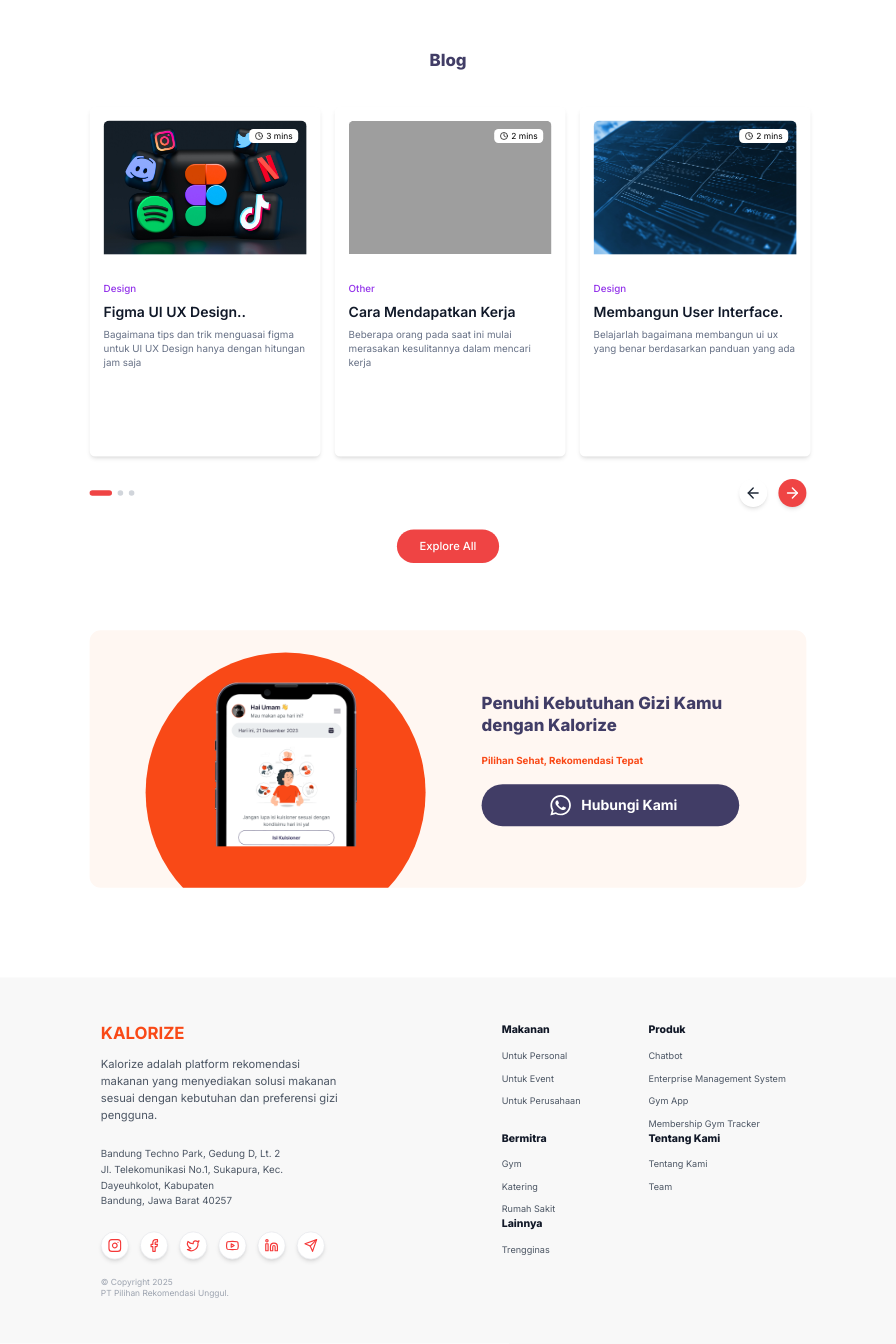
Repository: kalorizeofficial/new-main-web-kalorize
Page: /
An editor plug-in stored every save of this project. The page is shown before and after the next save, followed by the edit.
The browser window is 1280 px wide. The pictures show the part of the page from y = 1095 to 3015 px (the page is 3015 px tall), at 70% of full size.
Pictures or frames that could not be fetched are drawn as grey boxes. The project was rebuilt for these pictures with package versions that can differ from the ones it lists, and the page was loaded fresh each time.

Above is the page before, as saved 2025-03-01 01:50:56.

### src/index.css
@import url("https://fonts.googleapis.com/css2?family=Inter:wght@100;200;300;400;500;600;700;800;900&display=swap");
@tailwind base;
@tailwind components;
@tailwind utilities;

### src/App.jsx
import Navbar from "./components/layout/Navbar";
import Partner from "./pages/partner";
import Testimoni from "./pages/testimoni";
import Blog from "./pages/blog";
import Contact from "./pages/contact";
import Footer from "./components/layout/Footer";

function App() {
  return (
    <div className="min-h-screen flex flex-col">
      <Navbar />
      <main className="flex-grow">
        <Partner />
        <Testimoni />
        <Blog />
        <Contact />
      </main>
      <Footer />
    </div>
  );
}

export default App;

### src/components/layout/Navbar.jsx
function Navbar() {
  return (
    <nav class="bg-white border-gray-200 dark:bg-gray-900">
      <div class="max-w-screen-xl flex flex-wrap items-center justify-between mx-auto p-4">
        <a
          href="https://flowbite.com/"
          class="flex items-center space-x-3 rtl:space-x-reverse"
        >
          <img
            src="https://flowbite.com/docs/images/logo.svg"
            class="h-8"
            alt="Flowbite Logo"
          />
          <span class="self-center text-2xl font-semibold whitespace-nowrap dark:text-white">
            Flowbite
          </span>
        </a>
        <button
          data-collapse-toggle="navbar-default"
          type="button"
          class="inline-flex items-center p-2 w-10 h-10 justify-center text-sm text-gray-500 rounded-lg md:hidden hover:bg-gray-100 focus:outline-none focus:ring-2 focus:ring-gray-200 dark:text-gray-400 dark:hover:bg-gray-700 dark:focus:ring-gray-600"
          aria-controls="navbar-default"
          aria-expanded="false"
        >
          <span class="sr-only">Open main menu</span>
          <svg
            class="w-5 h-5"
            aria-hidden="true"
            xmlns="http://www.w3.org/2000/svg"
            fill="none"
            viewBox="0 0 17 14"
          >
            <path
              stroke="currentColor"
              stroke-linecap="round"
              stroke-linejoin="round"
              stroke-width="2"
              d="M1 1h15M1 7h15M1 13h15"
            />
          </svg>
        </button>
        <div class="hidden w-full md:block md:w-auto" id="navbar-default">
          <ul class="font-medium flex flex-col p-4 md:p-0 mt-4 border border-gray-100 rounded-lg bg-gray-50 md:flex-row md:space-x-8 rtl:space-x-reverse md:mt-0 md:border-0 md:bg-white dark:bg-gray-800 md:dark:bg-gray-900 dark:border-gray-700">
            <li>
              <a
                href="#"
                class="block py-2 px-3 text-white bg-blue-700 rounded-sm md:bg-transparent md:text-blue-700 md:p-0 dark:text-white md:dark:text-blue-500"
                aria-current="page"
              >
                Home
              </a>
            </li>
            <li>
              <a
                href="#"
                class="block py-2 px-3 text-gray-900 rounded-sm hover:bg-gray-100 md:hover:bg-transparent md:border-0 md:hover:text-blue-700 md:p-0 dark:text-white md:dark:hover:text-blue-500 dark:hover:bg-gray-700 dark:hover:text-white md:dark:hover:bg-transparent"
              >
                About
              </a>
            </li>
            <li>
              <a
                href="#"
                class="block py-2 px-3 text-gray-900 rounded-sm hover:bg-gray-100 md:hover:bg-transparent md:border-0 md:hover:text-blue-700 md:p-0 dark:text-white md:dark:hover:text-blue-500 dark:hover:bg-gray-700 dark:hover:text-white md:dark:hover:bg-transparent"
              >
                Services
              </a>
            </li>
            <li>
              <a
                href="#"
                class="block py-2 px-3 text-gray-900 rounded-sm hover:bg-gray-100 md:hover:bg-transparent md:border-0 md:hover:text-blue-700 md:p-0 dark:text-white md:dark:hover:text-blue-500 dark:hover:bg-gray-700 dark:hover:text-white md:dark:hover:bg-transparent"
              >
                Pricing
              </a>
            </li>
            <li>
              <a
                href="#"
                class="block py-2 px-3 text-gray-900 rounded-sm hover:bg-gray-100 md:hover:bg-transparent md:border-0 md:hover:text-blue-700 md:p-0 dark:text-white md:dark:hover:text-blue-500 dark:hover:bg-gray-700 dark:hover:text-white md:dark:hover:bg-transparent"
              >
                Contact
              </a>
            </li>
          </ul>
        </div>
      </div>
    </nav>
  );
}

export default Navbar;

### src/pages/partner.jsx
const Partner = () => {
  const partners = [
    {
      name: "Zoom",
      logo: "/images/partners/zoom.png",
    },
    {
      name: "Adobe Creative Cloud",
      logo: "/images/partners/adobe.png",
    },
    {
      name: "Slack",
      logo: "/images/partners/slack.png",
    },
    {
      name: "Dropbox",
      logo: "/images/partners/dropbox.png",
    },
    {
      name: "Google Drive",
      logo: "/images/partners/gdrive.png",
    },
  ];

  const DecorativeCircle = ({ className }) => (
    <div
      className={`absolute w-3 h-3 rounded-full bg-[#2A85FF] opacity-100 ${className}`}
    />
  );

  return (
    <section className="pt-[100px] md:pt-[164px] pb-8 px-4 relative">
      {/* Decorative circles - hidden on mobile */}
      <DecorativeCircle className="hidden md:block top-80 left-72" />
      <DecorativeCircle className="hidden md:block bottom-8 right-72" />

      <h2 className="text-[20px] md:text-[24px] font-inter font-extrabold leading-[100%] text-center text-[#565656] mb-8 md:mb-12">
        Partner Kami
      </h2>

      <div className="max-w-8xl mx-auto overflow-x-auto">
        <div className="flex justify-start md:justify-center items-center gap-4 md:gap-20 md:flex-wrap min-w-min">
          {partners.map((partner, index) => (
            <div key={index} className="relative py-2 md:py-4 flex-shrink-0">
              <img
                src={partner.logo}
                alt={`${partner.name} logo`}
                className="w-[60px] h-[60px] md:w-[140px] md:h-[140px] object-contain transition-shadow duration-200 hover:shadow-xl rounded-[15px] md:rounded-[25px]"
              />
            </div>
          ))}
        </div>
      </div>
    </section>
  );
};

export default Partner;

### src/pages/blog.jsx
// Komponen Blog: Menampilkan carousel blog posts dengan navigasi
// dan tombol eksplorasi. Komponen ini menggunakan state untuk
// mengatur slide yang aktif.

import React, { useState } from "react";
import { Clock, ArrowLeftIcon, ArrowRightIcon } from "lucide-react";

const Blog = () => {
  // State untuk mengontrol slide yang sedang aktif
  const [currentSlide, setCurrentSlide] = useState(0);

  // Data blog posts yang akan ditampilkan dalam carousel
  const blogPosts = [
    {
      image: "/images/blog/blog1.jpeg",
      category: "Design",
      title: "Figma UI UX Design..",
      description:
        "Bagaimana tips dan trik menguasai figma untuk UI UX Design hanya dengan hitungan jam saja",
      readTime: "3 mins",
    },
    {
      image: "/images/blog/blog2.jpeg",
      category: "Other",
      title: "Cara Mendapatkan Kerja",
      description:
        "Beberapa orang pada saat ini mulai merasakan kesulitannya dalam mencari kerja",
      readTime: "2 mins",
    },
    {
      image: "/images/blog/blog3.jpeg",
      category: "Design",
      title: "Membangun User Interface.",
      description:
        "Belajarlah bagaimana membangun ui ux yang benar berdasarkan panduan yang ada",
      readTime: "2 mins",
    },
  ];

  // Fungsi untuk berpindah ke slide berikutnya
  // Menggunakan modulo untuk kembali ke awal jika sudah di slide terakhir
  const nextSlide = () => {
    setCurrentSlide((prev) => (prev + 1) % blogPosts.length);
  };

  // Fungsi untuk berpindah ke slide sebelumnya
  // Menggunakan modulo dan penambahan length untuk handling negative index
  const prevSlide = () => {
    setCurrentSlide((prev) => (prev - 1 + blogPosts.length) % blogPosts.length);
  };

  // Fungsi untuk langsung berpindah ke slide tertentu
  // Digunakan oleh navigation dots
  const goToSlide = (index) => {
    setCurrentSlide(index);
  };

  return (
    <section className="bg-white px-4 md:px-0">
      <div className="max-w-5xl mx-auto rounded-2xl">
        <h2 className="text-[20px] md:text-[24px] font-inter font-extrabold text-center text-[#413D66] pt-8 mb-8 md:mb-12">
          Blog
        </h2>

        <div className="relative">
          {/* Carousel blog posts */}
          <div className="flex flex-col md:flex-row gap-5">
            {blogPosts.map((post, index) => (
              <div
                key={index}
                className={`w-full md:w-[330px] h-auto md:h-[500px] flex-none bg-white rounded-lg overflow-hidden shadow-md transition-opacity duration-300 p-4 md:p-5 ${
                  index === currentSlide ? "block" : "hidden md:block"
                }`}
              >
                <div className="h-[200px] md:h-[45%] relative rounded-lg overflow-hidden pb-4">
                  <img
                    src={post.image}
                    alt={post.title}
                    className="w-full h-full object-cover"
                  />
                  <div className="absolute top-3 right-3 bg-white rounded-md px-2 py-0.5 flex items-center gap-1">
                    <Clock className="w-3 h-3" />
                    <span className="text-xs">{post.readTime}</span>
                  </div>
                </div>

                <div className="h-[60%]">
                  <div className="mt-5">
                    <span className="text-purple-600 text-sm font-medium">
                      {post.category}
                    </span>
                    <h3 className="mt-2 text-xl font-inter font-semibold text-[#101828]">
                      {post.title}
                    </h3>
                    <p className="mt-2 text-[#667085] font-inter text-sm line-clamp-8">
                      {post.description}
                    </p>
                  </div>
                </div>
              </div>
            ))}
          </div>

          {/* Navigation dots and arrows */}
          <div className="flex flex-col md:flex-row justify-between items-center gap-4 md:gap-0 my-8">
            <div className="flex gap-2">
              {blogPosts.map((_, index) => (
                <button
                  key={index}
                  onClick={() => goToSlide(index)}
                  className={`h-2 rounded-full transition-all duration-300 ${
                    index === currentSlide
                      ? "w-8 bg-red-500"
                      : "w-2 bg-gray-300"
                  }`}
                />
              ))}
            </div>

            <div className="flex gap-4">
              <button
                onClick={prevSlide}
                className="bg-white rounded-full p-2 shadow-md hover:bg-gray-50 text-gray-800"
              >
                <ArrowLeftIcon className="w-6 h-6" />
              </button>

              <button
                onClick={nextSlide}
                className="bg-red-500 rounded-full p-2 shadow-md hover:bg-red-600 text-white"
              >
                <ArrowRightIcon className="w-6 h-6" />
              </button>
            </div>
          </div>
        </div>

        {/* Tombol Explore All */}
        <div className="text-center pb-8">
          <button className="bg-red-500 text-white px-8 py-3 rounded-full font-medium hover:bg-red-600 transition-colors">
            Explore All
          </button>
        </div>
      </div>
    </section>
  );
};

export default Blog;

### src/pages/contact.jsx
import React from "react";

function Contact() {
  return (
    <section className="py-8 md:py-16 bg-white">
      <section className="max-w-5xl mx-auto bg-[#FFF7F2] rounded-2xl px-4 md:px-8 py-28 md:py-8 mb-8 md:mb-16 overflow-hidden">
        <div className="max-w-4xl mx-auto">
          <div className="flex flex-col md:flex-row items-center justify-center md:gap-16">
            {/* Left side - Stacked images */}
            <div className="relative -mb-0 md:-mb-24 scale-100 md:scale-100 -mt-12 md:mt-0">
              {/* Circle background */}
              <div className="bg-[#F94917] rounded-full w-[320px] md:w-[400px] h-[320px] md:h-[400px] translate-y-0 p-8 md:p-10" />

              {/* Phone image positioned on top of circle */}
              <img
                src="/phone.png" // Replace with your actual image path
                alt="Kalorize App"
                className="absolute top-40 left-1/2 transform -translate-x-1/2 -translate-y-1/2 w-[187px] md:w-[204px]"
              />
            </div>

            {/* Right side - Content */}
            <div
              className="flex flex-col space-y-4 md:space-y-6 max-w-[300px] md:max-w-[400px] text-center md:text-left -mt-10 md:mt-0
                          md:bg-transparent bg-[#FFF7F2] rounded-lg p-4 relative z-10"
            >
              <h1 className="text-xl md:text-2xl font-extrabold text-[#413D66] leading-[1.4] font-inter">
                Penuhi Kebutuhan Gizi Kamu dengan Kalorize
              </h1>
              <p className="text-xs md:text-sm font-bold text-[#F94917] leading-normal font-inter">
                Pilihan Sehat, Rekomendasi Tepat
              </p>
              <button className="bg-[#413D66] text-white rounded-[30px] py-[15px] px-[30px] flex items-center justify-center gap-1 mx-auto md:mx-0 hover:bg-[#363156] transition-colors">
                <svg
                  width="50"
                  height="30"
                  viewBox="0 0 47 47"
                  fill="none"
                  xmlns="http://www.w3.org/2000/svg"
                >
                  <path
                    d="M39.5834 7.35111C35.2634 3.02969 29.511 0.662109 23.3891 0.662109C10.7755 0.662109 0.495224 10.891 0.495224 23.4415C0.495224 27.4641 1.5579 31.3717 3.54466 34.8197L0.31041 46.6346L12.4388 43.4625C15.7886 45.2784 19.5542 46.2438 23.3891 46.2438C36.0026 46.2438 46.2829 36.015 46.2829 23.4645C46.2829 17.3731 43.9034 11.6495 39.5834 7.35111ZM23.3891 42.3821C19.97 42.3821 16.6202 41.4627 13.6863 39.7387L12.9933 39.325L5.78553 41.2099L7.70297 34.222L7.24094 33.5095C5.34659 30.4983 4.33011 27.0043 4.33011 23.4415C4.33011 13.0057 12.8778 4.50081 23.366 4.50081C28.4483 4.50081 33.2304 6.47763 36.8112 10.0635C40.4151 13.6493 42.3787 18.4075 42.3787 23.4645C42.4249 33.9002 33.8773 42.3821 23.3891 42.3821ZM33.8311 28.2226C33.2535 27.9468 30.4351 26.5676 29.9269 26.3607C29.3955 26.1768 29.0259 26.0849 28.6332 26.6366C28.2404 27.2112 27.1546 28.4985 26.8312 28.8662C26.5078 29.257 26.1613 29.303 25.5837 29.0042C25.0062 28.7283 23.158 28.1077 20.9865 26.1768C19.2769 24.6598 18.145 22.7979 17.7984 22.2232C17.475 21.6486 17.7522 21.3497 18.0526 21.0509C18.3067 20.7981 18.6301 20.3843 18.9073 20.0625C19.1845 19.7407 19.3001 19.4878 19.4849 19.1201C19.6697 18.7293 19.5773 18.4075 19.4387 18.1317C19.3001 17.8558 18.145 15.0515 17.6829 13.9022C17.2209 12.7988 16.7358 12.9368 16.3892 12.9138C16.0427 12.9138 15.6731 12.9138 15.2803 12.9138C14.8876 12.9138 14.287 13.0517 13.7556 13.6264C13.2474 14.201 11.7689 15.5802 11.7689 18.3845C11.7689 21.1888 13.8249 23.9012 14.1022 24.269C14.3794 24.6598 18.145 30.4063 23.8742 32.8658C25.2372 33.4635 26.2999 33.8083 27.1315 34.0611C28.4945 34.4979 29.742 34.4289 30.7354 34.291C31.8443 34.1301 34.1314 32.9118 34.5934 31.5786C35.0785 30.2454 35.0786 29.1191 34.9168 28.8662C34.7551 28.6134 34.4086 28.4985 33.8311 28.2226Z"
                    fill="white"
                  />
                </svg>
                <span className="text-xl font-bold">Hubungi Kami</span>
              </button>
            </div>
          </div>
        </div>
      </section>
    </section>
  );
}

export default Contact;

### src/components/layout/Footer.jsx
import React from "react";
import {
  Instagram,
  Phone,
  Linkedin,
  Send,
  Mail,
  Facebook,
  Twitter,
  Youtube,
} from "lucide-react";

const Footer = () => {
  const socialLinks = [
    { icon: Instagram, href: "https://instagram.com/kalorize" },
    { icon: Facebook, href: "https://facebook.com/kalorize" },
    { icon: Twitter, href: "https://twitter.com/kalorize" },
    { icon: Youtube, href: "https://youtube.com/kalorize" },
    { icon: Linkedin, href: "https://linkedin.com/company/kalorize" },
    { icon: Send, href: "https://t.me/kalorize" },
  ];

  const navigationLinks = [
    {
      title: "Makanan",
      links: [
        { name: "Untuk Personal", href: "/personal" },
        { name: "Untuk Event", href: "/event" },
        { name: "Untuk Perusahaan", href: "/corporate" },
      ],
    },
    {
      title: "Produk",
      links: [
        { name: "Chatbot", href: "/products/chatbot" },
        { name: "Enterprise Management System", href: "/products/ems" },
        { name: "Gym App", href: "/products/gym-app" },
        { name: "Membership Gym Tracker", href: "/products/gym-tracker" },
      ],
    },
    {
      title: "Bermitra",
      links: [
        { name: "Gym", href: "/partners/gym" },
        { name: "Katering", href: "/partners/catering" },
        { name: "Rumah Sakit", href: "/partners/hospital" },
      ],
    },
    {
      title: "Tentang Kami",
      links: [
        { name: "Tentang Kami", href: "/about" },
        { name: "Team", href: "/team" },
      ],
    },
    {
      title: "Lainnya",
      links: [{ name: "Trengginas", href: "/trengginas" }],
    },
  ];

  return (
    <footer className="bg-[#F8F8F8] py-8 lg:py-16">
      <div className="max-w-5xl mx-auto px-4 lg:px-18">
        {/* Mobile Layout */}
        <div className="lg:hidden">
          <h1 className="text-2xl font-bold text-[#F94917] mb-2">KALORIZE</h1>
          <p className="text-sm text-gray-600 mb-4">
            Kalorize adalah platform rekomendasi makanan yang menyediakan solusi
            makanan sesuai dengan kebutuhan dan preferensi gizi pengguna.
          </p>
          <address className="text-sm text-gray-600 not-italic mb-6">
            Bandung Techno Park, Gedung D, Lt 2<br />
            Jl. Telekomunikasi No1, Sukapura, Kec. Dayeuhkolot,
            <br />
            Kabupaten Bandung, Jawa Barat 40257
          </address>

          {navigationLinks.map((section) => (
            <div key={section.title} className="mt-6">
              <h2 className="font-bold text-gray-900">{section.title}</h2>
              <ul className="mt-2 space-y-1">
                {section.links.map((link) => (
                  <li key={link.name}>
                    <a
                      href={link.href}
                      className="text-gray-600 hover:text-gray-900"
                    >
                      {link.name}
                    </a>
                  </li>
                ))}
              </ul>
            </div>
          ))}

          <div className="mt-6 flex space-x-4">
            {socialLinks.map((social, index) => (
              <a
                key={index}
                href={social.href}
                className="text-gray-500 hover:text-[#F94917]"
              >
                <social.icon className="w-5 h-5" />
              </a>
            ))}
          </div>
        </div>

        {/* Desktop Layout */}
        <div className="hidden lg:block">
          <div className="grid grid-cols-10 gap-20">
            {/* Logo and Description */}
            <div className="col-span-4">
              <h2 className="text-[#F94917] text-2xl font-bold mb-4">
                KALORIZE
              </h2>
              <p className="text-gray-600 mb-8">
                Kalorize adalah platform rekomendasi makanan yang menyediakan
                solusi makanan sesuai dengan kebutuhan dan preferensi gizi
                pengguna.
              </p>

              <div className="mb-8">
                <p className="text-gray-600 text-sm leading-relaxed">
                  Bandung Techno Park, Gedung D, Lt. 2
                  <br />
                  Jl. Telekomunikasi No.1, Sukapura, Kec. Dayeuhkolot, Kabupaten
                  <br />
                  Bandung, Jawa Barat 40257
                </p>
              </div>

              {/* Social Media Links */}
              <div className="flex gap-4">
                {socialLinks.map((social, index) => (
                  <a
                    key={index}
                    href={social.href}
                    className="w-10 h-10 rounded-full bg-white border border-gray-200 flex items-center justify-center hover:bg-gray-50 transition-colors shadow-md"
                  >
                    <social.icon className="w-5 h-5 text-[#F53838]" />
                  </a>
                ))}
              </div>
            </div>

            {/* Right Navigation Links */}
            <div className="col-span-6 pl-36">
              <div className="grid grid-cols-2 gap-x-0">
                {navigationLinks.map((section) => (
                  <div key={section.title} className="space-y-8">
                    <div>
                      <h2 className="text-[15px] font-inter font-extrabold text-gray-900 mb-3">
                        {section.title}
                      </h2>
                      <ul className="space-y-2">
                        {section.links.map((link) => (
                          <li key={link.name}>
                            <a
                              href={link.href}
                              className="text-[13px] text-gray-600 font-inter hover:text-gray-900"
                            >
                              {link.name}
                            </a>
                          </li>
                        ))}
                      </ul>
                    </div>
                  </div>
                ))}
              </div>
            </div>
          </div>
        </div>

        {/* Copyright */}
        <div className="mt-6 text-xs text-gray-400">
          <p>© Copyright 2025</p>
          <p>PT Pilihan Rekomendasi Unggul.</p>
        </div>
      </div>
    </footer>
  );
};

export default Footer;

Loaded but not shown: public/index.html (common file); src/index.js (common file); tailwind.config.js (12 lines, source omitted); src/pages/testimoni.jsx (176 lines, source omitted)

After the next save:
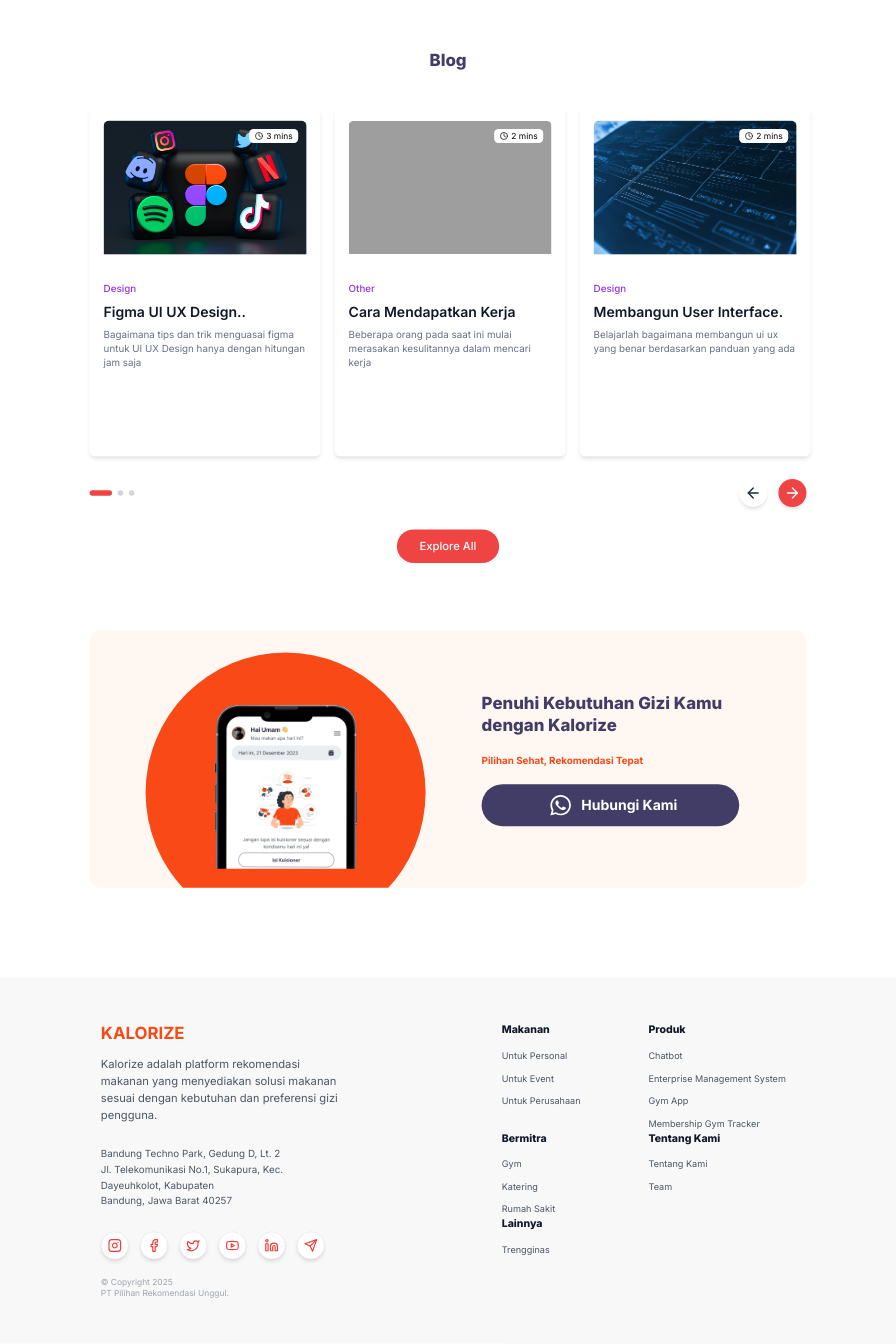
Saved 7 s later.
--- a/src/pages/contact.jsx
+++ b/src/pages/contact.jsx
@@ -15,7 +15,7 @@
               <img
                 src="/phone.png" // Replace with your actual image path
                 alt="Kalorize App"
-                className="absolute top-40 left-1/2 transform -translate-x-1/2 -translate-y-1/2 w-[187px] md:w-[204px]"
+                className="absolute top-48 left-1/2 transform -translate-x-1/2 -translate-y-1/2 w-[187px] md:w-[204px]"
               />
             </div>
 
